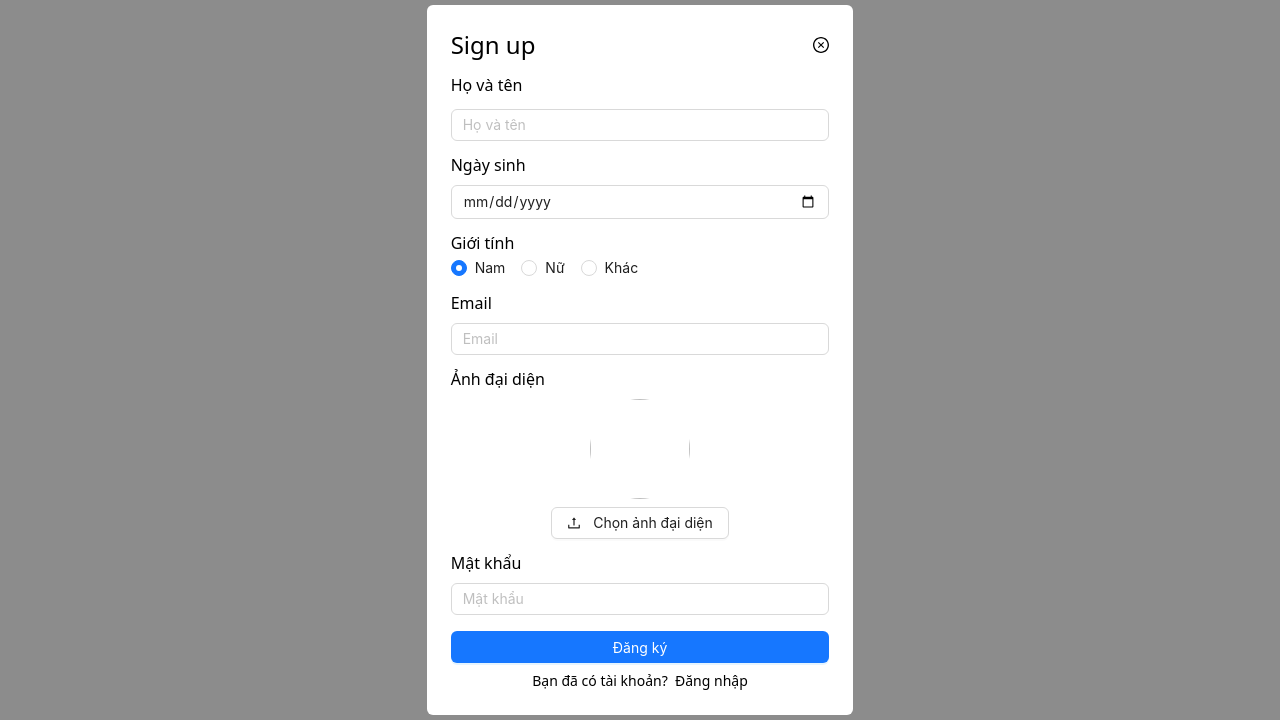
Repository: TinhTT336/MD02_Session14
Page: / (app in client/)
These files come from the project's save history. The page is drawn as it stood at one moment and after the next save; the edit follows.
The browser window is 1280 px wide. The pictures show the whole page.
The project was rebuilt for these pictures with package versions that can differ from the ones it lists, and the page was loaded fresh each time. Also part of the build but not shown: client/vite.config.js, client/src/components/UploadSingleFile.jsx, client/src/components/register/register.css, client/src/components/register/Register.jsx, client/src/components/register/RegisterWithImg.jsx.

Above is the page before, as saved 2023-09-14 16:36:49.

After the next save:
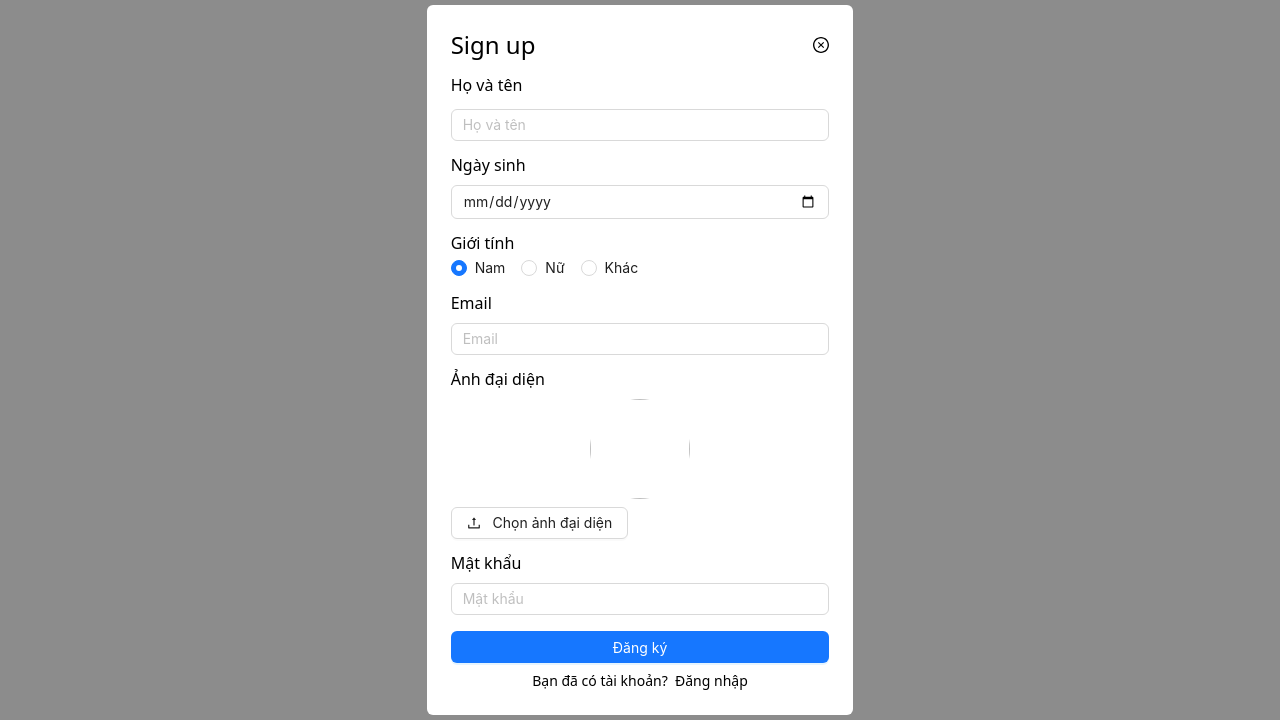
Saved 34 s later.
--- a/client/src/components/signup/Signup.jsx
+++ b/client/src/components/signup/Signup.jsx
@@ -184,7 +184,7 @@ export default function Signup() {
                     </div>
                     <div className='mt-3'>
                         <label htmlFor="avatar">Ảnh đại diện</label>
-                        <div className='text-center mt-2'>
+                        <div className=' mt-2'>
                             <div className='flex justify-center mb-2 '>
                                 <img src={imageUrl} height={100} width={100} style={{ objectFit: " cover", borderRadius: "50%" }} alt="" />
                             </div>
